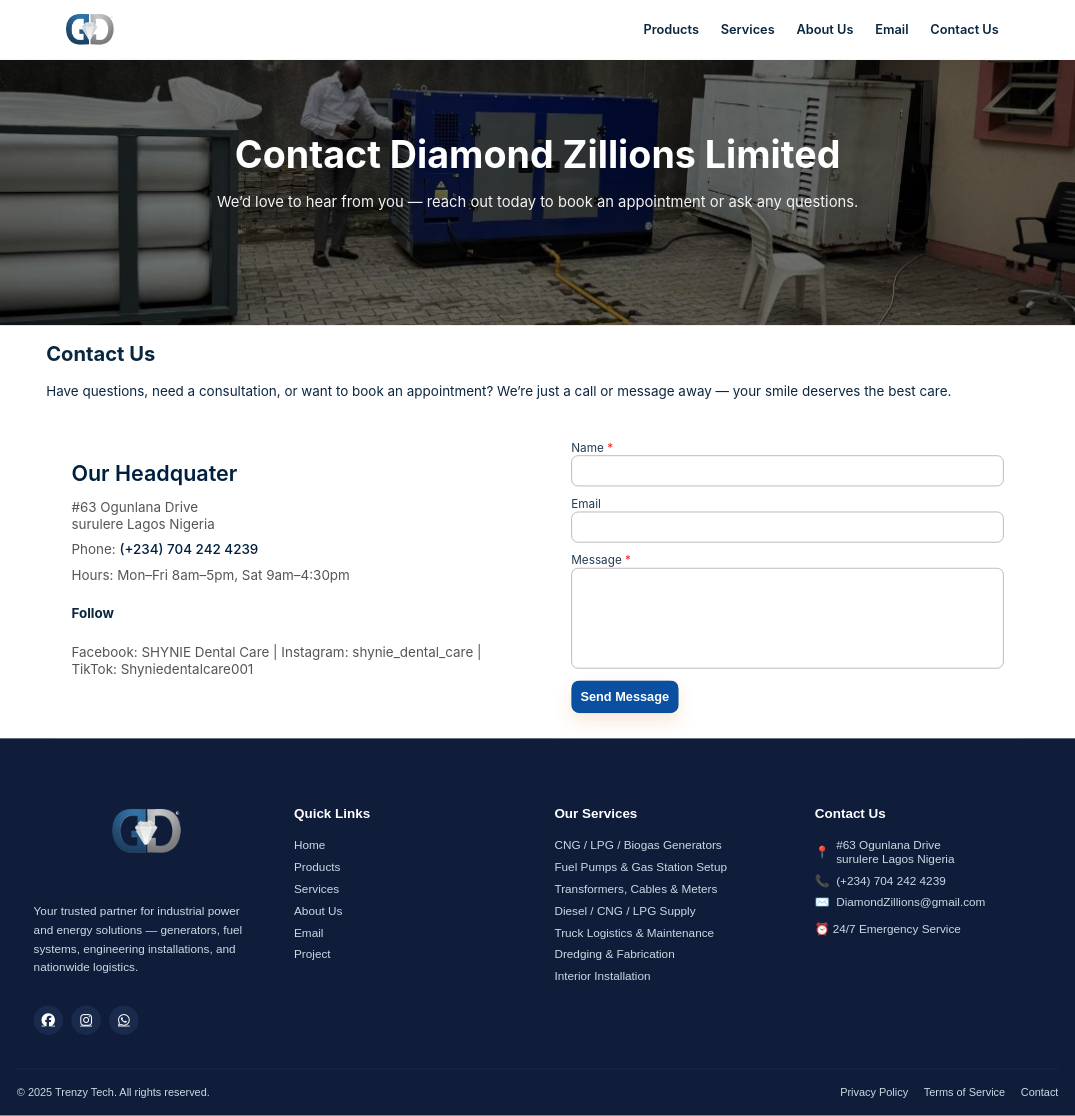
Repository: trenzyfx1/Discover-Diamond-Zillions-Nigeria-Limited
Page: pages/contact.html
The author's editor kept a copy of each file at every save. The page is drawn from the files as they stood at one save, then again after a run of saves.
The browser window is 1280 px wide. The pictures show the whole page, at 84% of full size.

Above is the page before, as saved 2025-12-29 15:40:08.
Console error: TypeError: Cannot read properties of null (reading 'querySelector')

### pages/contact.html
<!doctype html>
<html lang="en">

<head>
    <meta charset="utf-8" />
    <meta name="viewport" content="width=device-width, initial-scale=1" />
    <title>Contact Us - Discover Diamond Zillions Ltd</title>
    <link rel="stylesheet" href="../css/style.css">
    <link rel="stylesheet" href="../css/all.min.css">
    <link rel="icon" href="../images/logo.png" type="image/x-icon">
</head>

<body>
    <header class="site-header">
        <div class="container header-inner">
            <a class="brand" href="/">
                <!-- replace with your logo file -->
                <img src="../images/logo.png" alt="Discover Diamond Zillions logo" class="logo" />
            </a>

            <nav class="nav" aria-label="Primary">
                <ul class="nav-list">
                    <li><a href="./products.html">Products</a></li>
                    <li><a href="./service.html">Services</a></li>
                    <li><a href="./about.html">About Us</a></li>
                    <li><a href="mailto:DiamondZillions@gmail.com">Email</a></li>
                    <li><a href="./contact.html">Contact Us</a></li>
                </ul>
            </nav>

            <div class="header-ctas">
                <button class="hamburger" aria-label="Open menu" aria-expanded="false">
                    <span></span><span></span><span></span>
                </button>
            </div>
        </div>

        <!-- mobile menu (hidden by default) -->
        <div class="mobile-menu" id="mobileMenu" hidden>
            <ul>
                <li><a href="./products.html">Products</a></li>
                <li><a href="./service.html">Services</a></li>
                <li><a href="./about.html">About Us</a></li>
                <li><a href="mailto:DiamondZillions@gmail.com">Email</a></li>
                <li><a href="./contact.html">Contact Us</a></li>
            </ul>
        </div>
    </header>


    <main>
        <section class="pages-hero">
            <div class="overlay"></div>
            <div class="container hero-content">
                <h1>Contact Diamond Zillions Limited</h1>
                <p>We’d love to hear from you — reach out today to book an appointment or ask any questions.</p>
            </div>
        </section>


        <section class="contact container fade-in">
            <h1>Contact Us</h1>
            <p>Have questions, need a consultation, or want to book an appointment? We’re just a call or message away —
                your smile deserves the best care.
            </p>
            <div class="contact-grid">
                <div class="contact-info">
                    <h3>Our Headquater</h3>
                    <p>#63 Ogunlana Drive <br> surulere Lagos Nigeria</p>
                    <p>Phone: <a href="tel:+2347042424239">(+234) 704 242 4239</a></p>
                    <p>Hours: Mon–Fri 8am–5pm, Sat 9am–4:30pm</p>

                    <h4>Follow</h4>
                    <p>Facebook: SHYNIE Dental Care | Instagram: shynie_dental_care | TikTok: Shyniedentalcare001</p>
                </div>

                <div class="contact-form">
                    <form id="contactForm">
                        <label for="name">Name <span style="color: red;">*</span></label>
                        <input type="text" id="name" name="name" placeholder="Enter your name" required>

                        <label for="email">Email</label>
                        <input type="email" id="email" name="email" placeholder="example@email.com">

                        <label for="message">Message <span style="color: red;">*</span></label>
                        <textarea id="message" name="message" rows="5" placeholder="Type your message here..."
                            required></textarea>

                        <button type="submit" class="btn btn-primary">Send Message</button>
                    </form>
                </div>
            </div>

        </section>
    </main>

    <footer class="footer" role="contentinfo">
        <div class="footer-container">

            <!-- LEFT: logo + blurb + socials -->
            <div class="footer-logo" aria-label="company info">
                <!-- replace src with your logo file -->
                <img src="../images/logo.png" alt="Discover Diamond Zillions Nigeria Limited logo" style="margin: auto;" />

                <p>
                    Your trusted partner for industrial power and energy solutions — generators, fuel systems,
                    engineering installations, and nationwide logistics.
                </p>


                <div class="footer-socials" aria-label="social links">
                    <!-- Replace hrefs with real links; these are simple icons using SVG -->
                    <a href="" aria-label="Facebook" title="Facebook">
                        <i class="fa-brands fa-facebook"></i>
                    </a>

                    <a href="" aria-label="Instagram" title="Instagram">
                        <i class="fa-brands fa-instagram"></i>
                    </a>

                    <a href="https://wa.me/+2347042424239?text=Hello%20DDZ,%20I%20need%20info" aria-label="WhatsApp"
                        title="WhatsApp">
                        <i class="fa-brands fa-whatsapp"></i>
                    </a>
                </div>
            </div>

            <!-- MIDDLE: Quick Links -->
            <nav class="footer-links" aria-label="quick links">
                <h4>Quick Links</h4>
                <a href="/">Home</a>
                <a href="./products.html">Products</a>
                <a href="./service.html">Services</a>
                <a href="./about.html">About Us</a>
                <a href="mailto:DiamondZillions@gmail.com">Email</a>
                <a href="./project.html">Project</a>
            </nav>

            <div class="footer-services" aria-label="our services">
                <h4>Our Services</h4>
                <a href="./service.html">CNG / LPG / Biogas Generators</a>
                <a href="./service.html">Fuel Pumps & Gas Station Setup</a>
                <a href="./service.html">Transformers, Cables & Meters</a>
                <a href="./service.html">Diesel / CNG / LPG Supply</a>
                <a href="./service.html">Truck Logistics & Maintenance</a>
                <a href="./service.html">Dredging & Fabrication</a>
                <a href="./service.html">Interior Installation</a>
            </div>

            <!-- RIGHT: Contact -->
            <div class="footer-contact" aria-label="contact us">
                <h4>Contact Us</h4>

                <a href="#" class="contact-item">
                    <!-- small pin icon -->
                    <span aria-hidden="true">📍</span>
                    <span>#63 Ogunlana Drive <br> surulere Lagos Nigeria</span>
                </a>

                <a href="tel:+2347042424239" class="contact-item">
                    <span aria-hidden="true">📞</span>
                    <span>(+234) 704 242 4239</span>
                </a>

                <a href="mailto:DiamondZillions@gmail.com" class="contact-item">
                    <span aria-hidden="true">✉️</span>
                    <span>DiamondZillions@gmail.com</span>
                </a>

                <div style="margin-top:6px; font-size:14px; color:#cfd8e3;">
                    <span aria-hidden="true">⏰</span> 24/7 Emergency Service
                </div>
            </div>
        </div>

        <div class="footer-bottom">
            <div>© 2025 Trenzy Tech. All rights reserved.</div>
            <div>
                <a href="#">Privacy Policy</a>
                <a href="#">Terms of Service</a>
                <a href="#">Contact</a>
            </div>
        </div>
    </footer>

    <script src="../js/script.js"></script>
</body>

</html>

Loaded but not shown: css/all.min.css (library); js/script.js (93 lines, source omitted); css/style.css (2512 lines, source omitted)

After the next 2 saves:
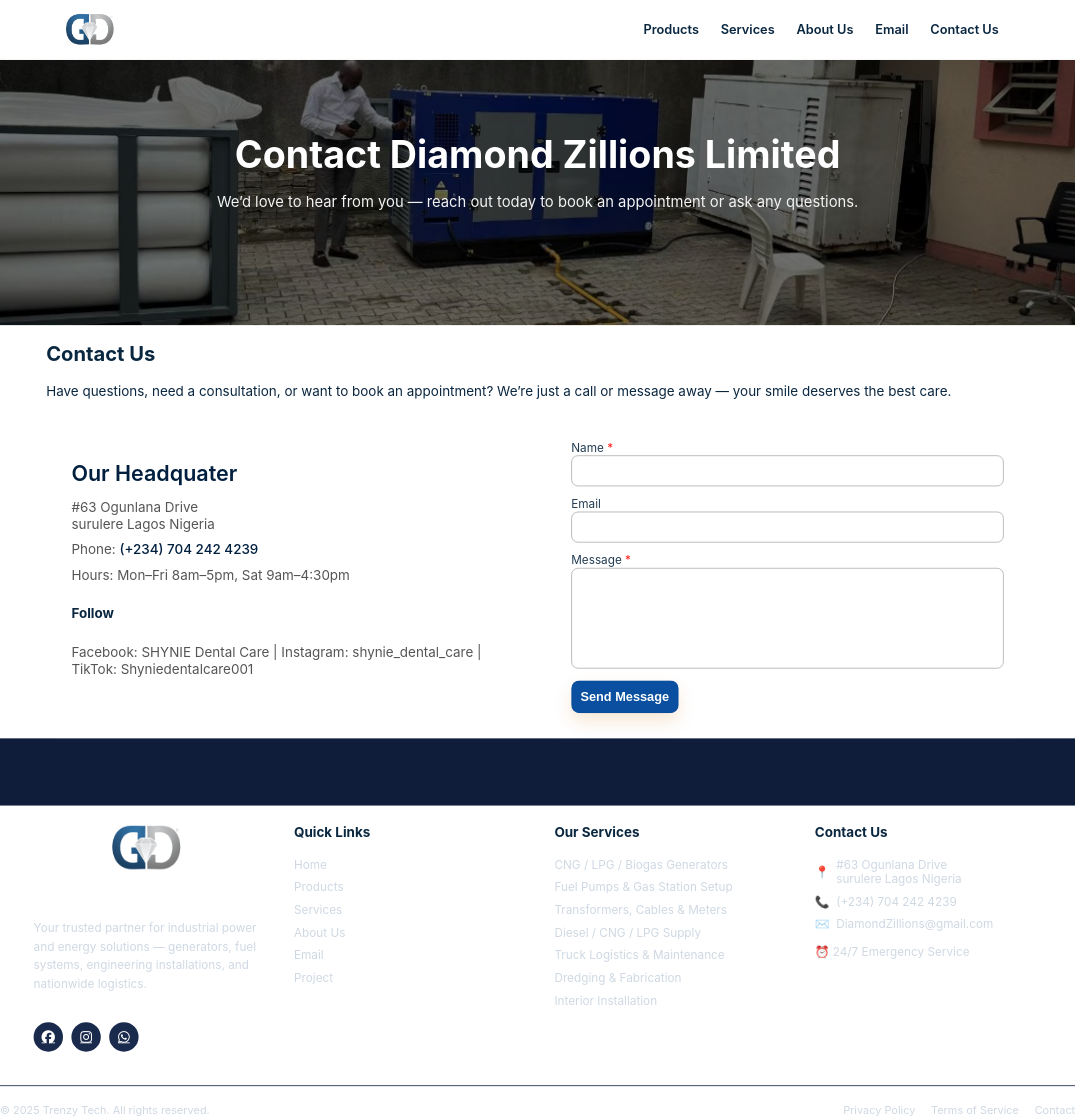
The 2 saves are shown as one change because they came seconds apart.
The last was saved 20 s later.
--- a/pages/contact.html
+++ b/pages/contact.html
@@ -94,13 +94,12 @@
         </section>
     </main>
 
-    <footer class="footer" role="contentinfo">
+    <footer class="footer" role="contentinfo"></footer>
         <div class="footer-container">
 
-            <!-- LEFT: logo + blurb + socials -->
             <div class="footer-logo" aria-label="company info">
-                <!-- replace src with your logo file -->
-                <img src="../images/logo.png" alt="Discover Diamond Zillions Nigeria Limited logo" style="margin: auto;" />
+                <img src="../images/logo.png" alt="Discover Diamond Zillions Nigeria Limited logo"
+                    style="margin: auto;" />
 
                 <p>
                     Your trusted partner for industrial power and energy solutions — generators, fuel systems,
@@ -108,24 +107,21 @@
                 </p>
 
 
-                <div class="footer-socials" aria-label="social links">
-                    <!-- Replace hrefs with real links; these are simple icons using SVG -->
+                   <div class="footer-socials" aria-label="social links">
                     <a href="" aria-label="Facebook" title="Facebook">
-                        <i class="fa-brands fa-facebook"></i>
+                         <i class="fa-brands fa-facebook"></i>
                     </a>
 
                     <a href="" aria-label="Instagram" title="Instagram">
                         <i class="fa-brands fa-instagram"></i>
                     </a>
 
-                    <a href="https://wa.me/+2347042424239?text=Hello%20DDZ,%20I%20need%20info" aria-label="WhatsApp"
-                        title="WhatsApp">
+                    <a href="https://wa.me/+2347042424239?text=Hello%20DDZ,%20I%20need%20info" aria-label="WhatsApp" title="WhatsApp">
                         <i class="fa-brands fa-whatsapp"></i>
                     </a>
                 </div>
             </div>
 
-            <!-- MIDDLE: Quick Links -->
             <nav class="footer-links" aria-label="quick links">
                 <h4>Quick Links</h4>
                 <a href="/">Home</a>
@@ -147,12 +143,10 @@
                 <a href="./service.html">Interior Installation</a>
             </div>
 
-            <!-- RIGHT: Contact -->
             <div class="footer-contact" aria-label="contact us">
                 <h4>Contact Us</h4>
 
                 <a href="#" class="contact-item">
-                    <!-- small pin icon -->
                     <span aria-hidden="true">📍</span>
                     <span>#63 Ogunlana Drive <br> surulere Lagos Nigeria</span>
                 </a>
